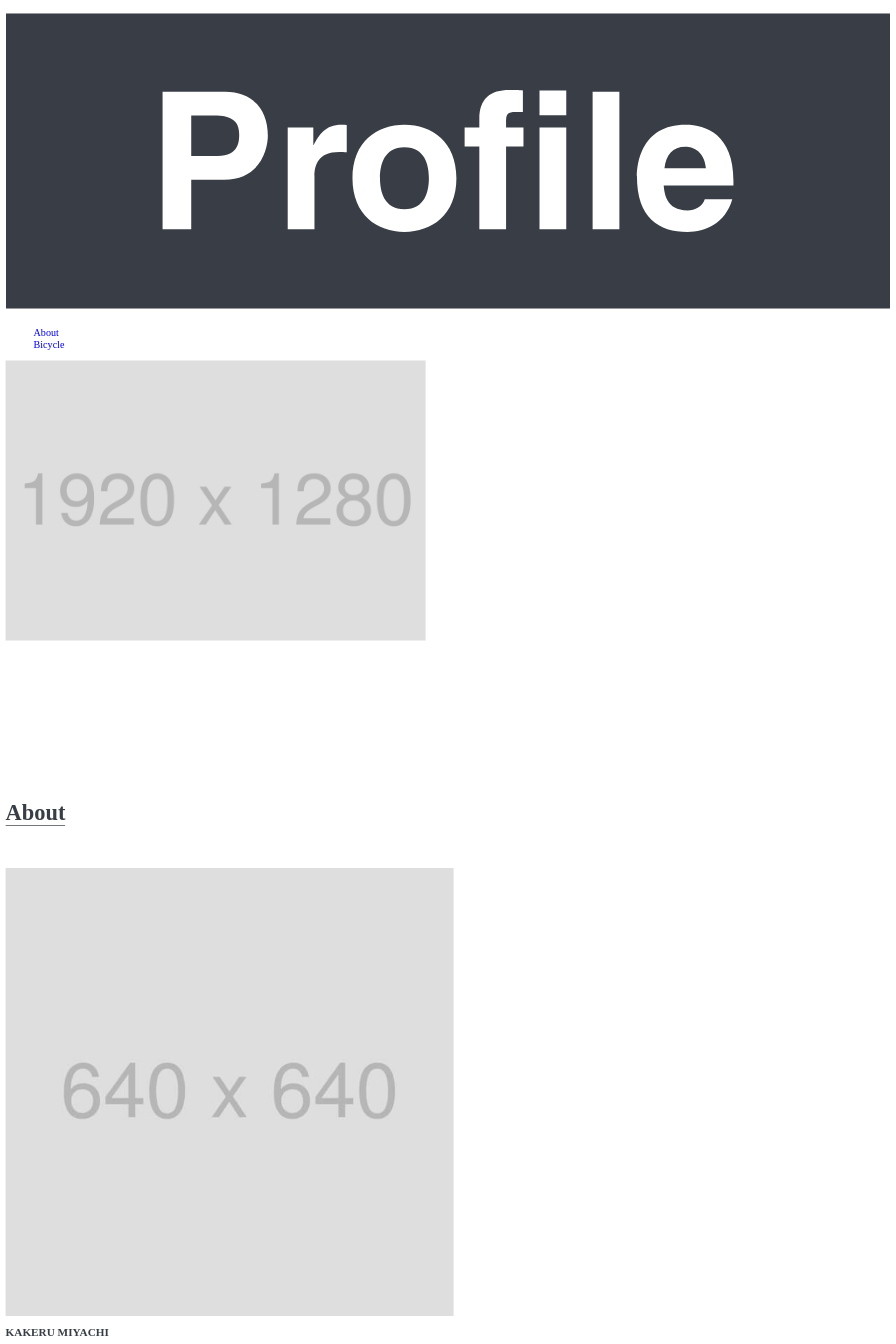
Repository: Fuki-san/bicycle
Page: http://localhost/profile
These files come from the project's save history. The page is drawn as it stood at one moment and after a run of saves; the edit follows.
The browser window is 1280 px wide. The pictures show the part of the page from y = 0 to 1920 px (the page is 4075 px tall before and 4322 px after), at 70% of full size.
The page is served by the project's Laravel application, run on PHP 8.4 with Laravel 10.

Above is the page before, as saved 2023-11-18 14:56:59.

After the next 2 saves:
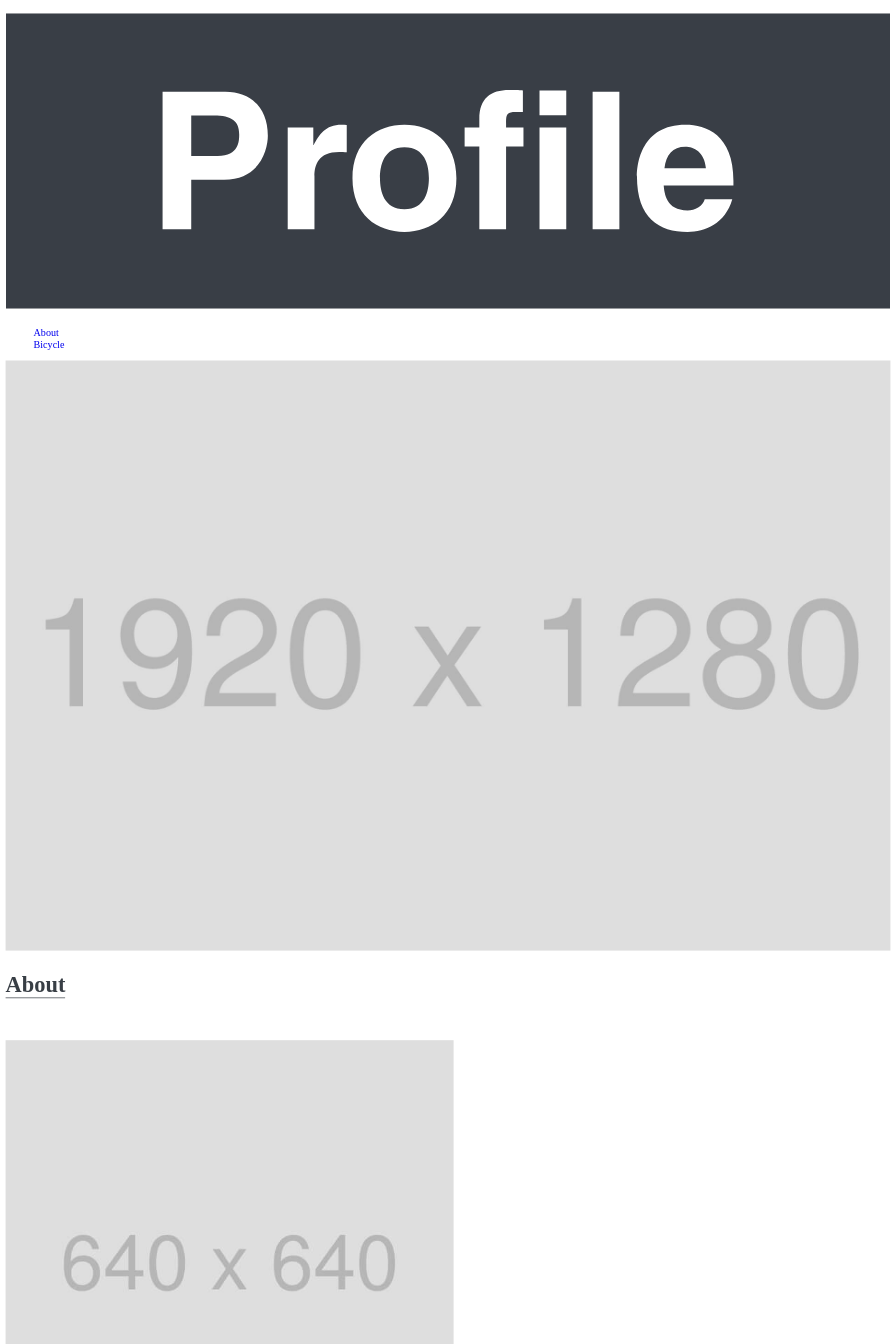
The 2 saves are shown as one change because they came seconds apart.
The last was saved 26 s later.
--- a/public/css/style.css
+++ b/public/css/style.css
@@ -44,10 +44,4 @@ li{
     margin: 10px 0;
 }
 
-
-
-#mainvisual{
-    width: 600px;
-    height: 600px;
-    object-fit: cover;
-}
+.
